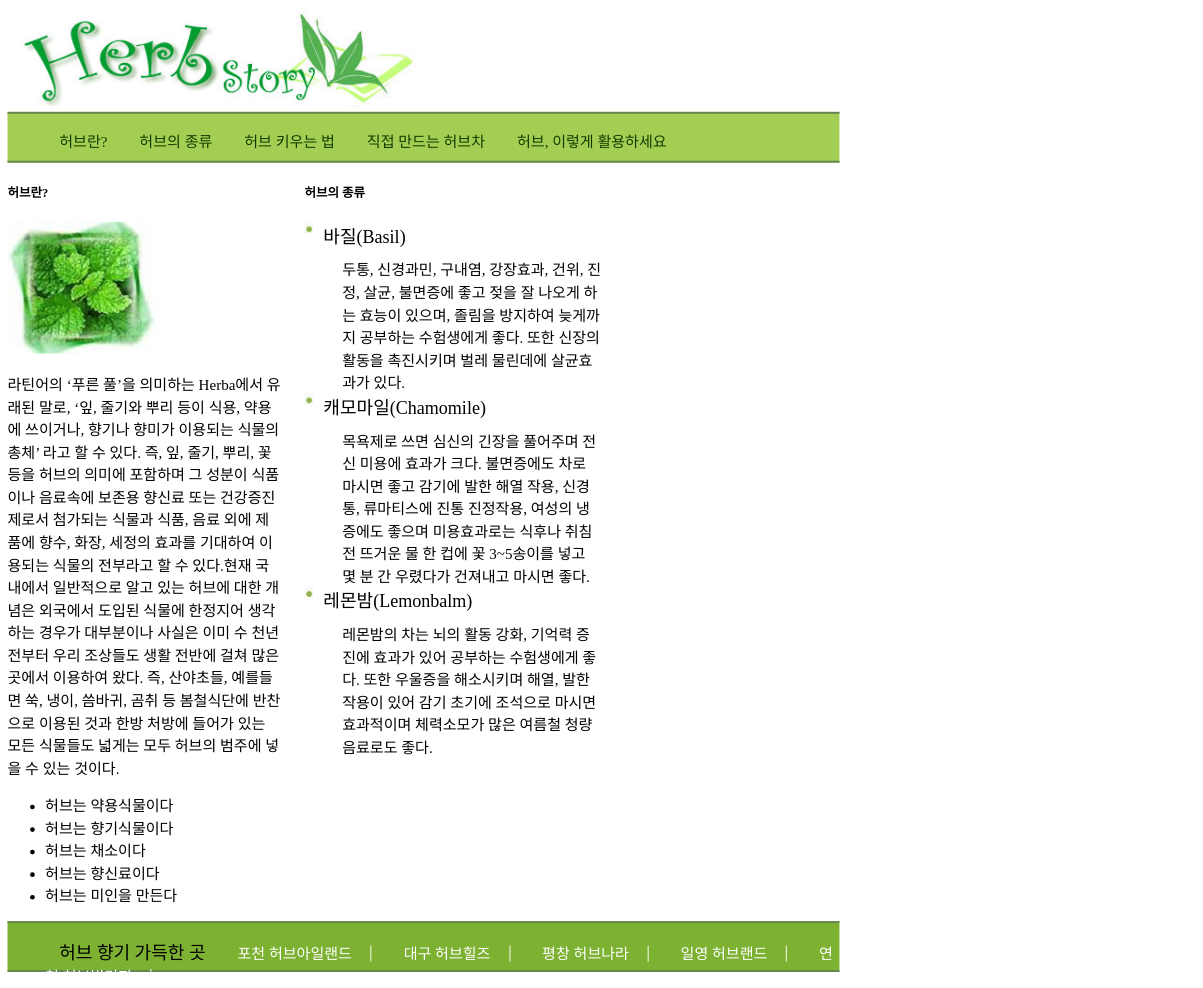
Repository: gus-123/Edu_KCC_HTML
Page: CSS/WebContent/layout.htm
An editor plug-in stored every save of this project. The page is shown before and after the next save, followed by the edit.
The browser window is 1280 px wide. The pictures show the whole page, at 94% of full size.

Above is the page before, as saved 2024-07-09 08:30:53.

After the next save:
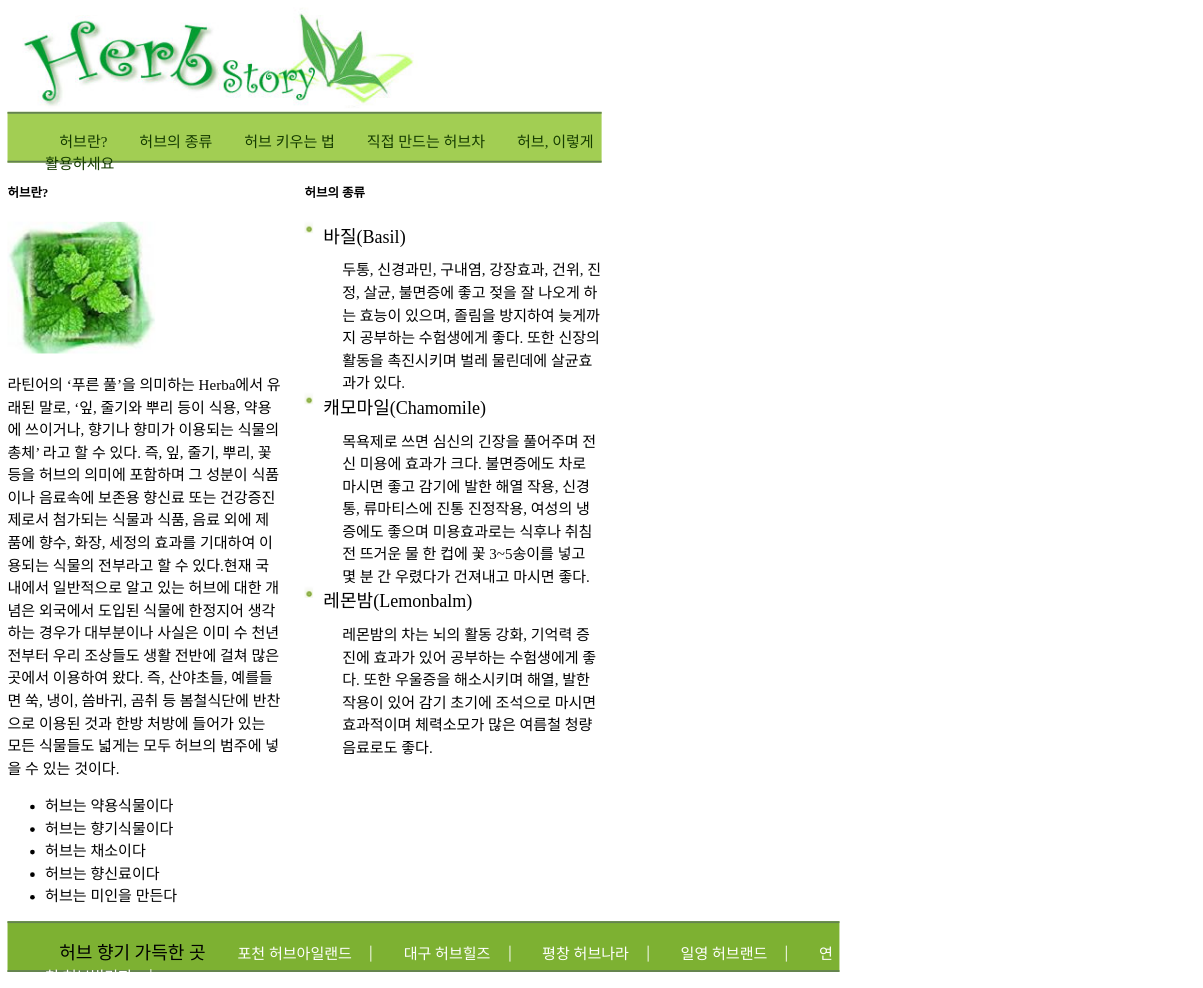
Saved 9 s later.
--- a/CSS/WebContent/layout.htm
+++ b/CSS/WebContent/layout.htm
@@ -8,7 +8,7 @@
 	border: 2px solid #648350;
 	border-left: none;
 	border-right: none;
-	width: 70%;
+	width: 50%;
 	height: 50px;
 	background-color: #a2ce53;
 }
